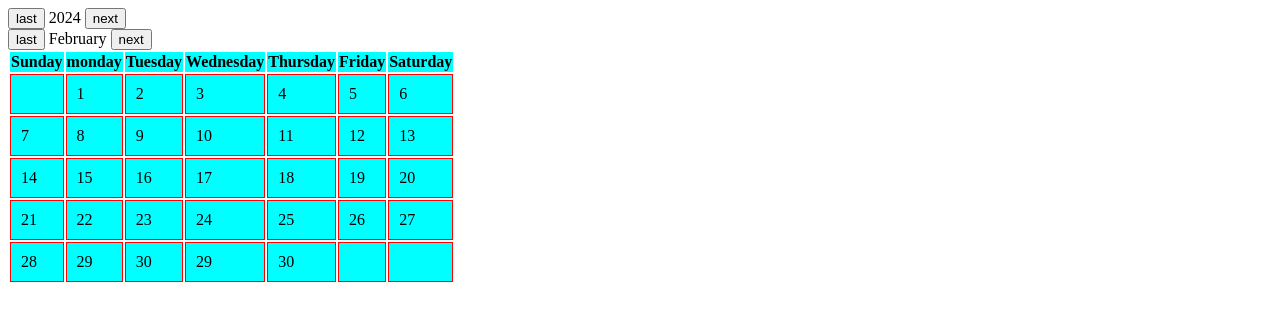
Repository: fateme81yosefi/calendar
Page: index.html
These files come from the project's save history. The page is drawn as it stood at one moment and after a run of saves; the edit follows.
The browser window is 1280 px wide. The pictures show the whole page.
After loading, the first visible `.contain-month > button` was clicked once.

Above is the page before, as saved 2024-05-30 22:53:16.

After the next 6 saves:
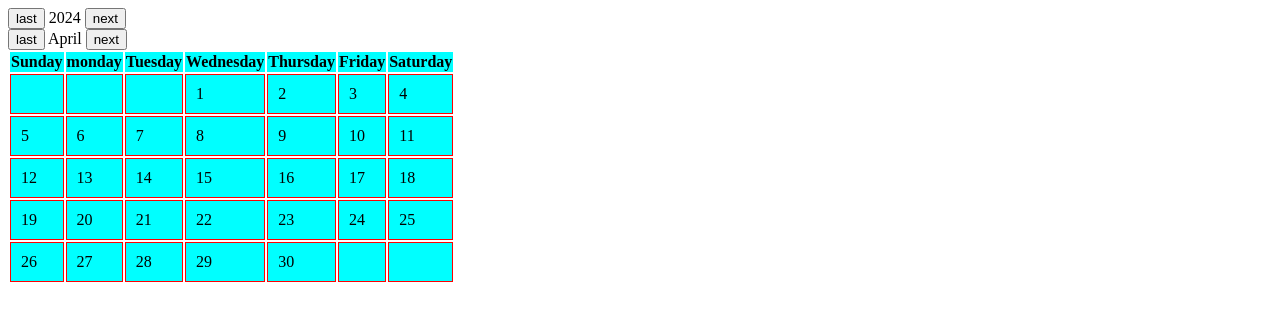
The 6 saves are shown as one change because they came seconds apart.
The last was saved 15 s later.
--- a/scripts.js
+++ b/scripts.js
@@ -14,8 +14,8 @@ function increaseMonth() {
         incYear()
     }
     else {
-        fillAllDay(month++, y, dayCount)
-        setMonth(month++)
+        fillAllDay(month, y, dayCount)
+        setMonth(month)
     }
 }
 
@@ -23,11 +23,11 @@ function dec() {
     m = document.getElementById("month").innerHTML
     month = monthNameToNum(m)
     month--
-    if ((month--) < 1) {
+    if (month < 1) {
         decYear()
     } else {
-        fillAllDay(month--, y, dayCount)
-        setMonth(month--)
+        fillAllDay(month, y, dayCount)
+        setMonth(month)
     }
 
 }
